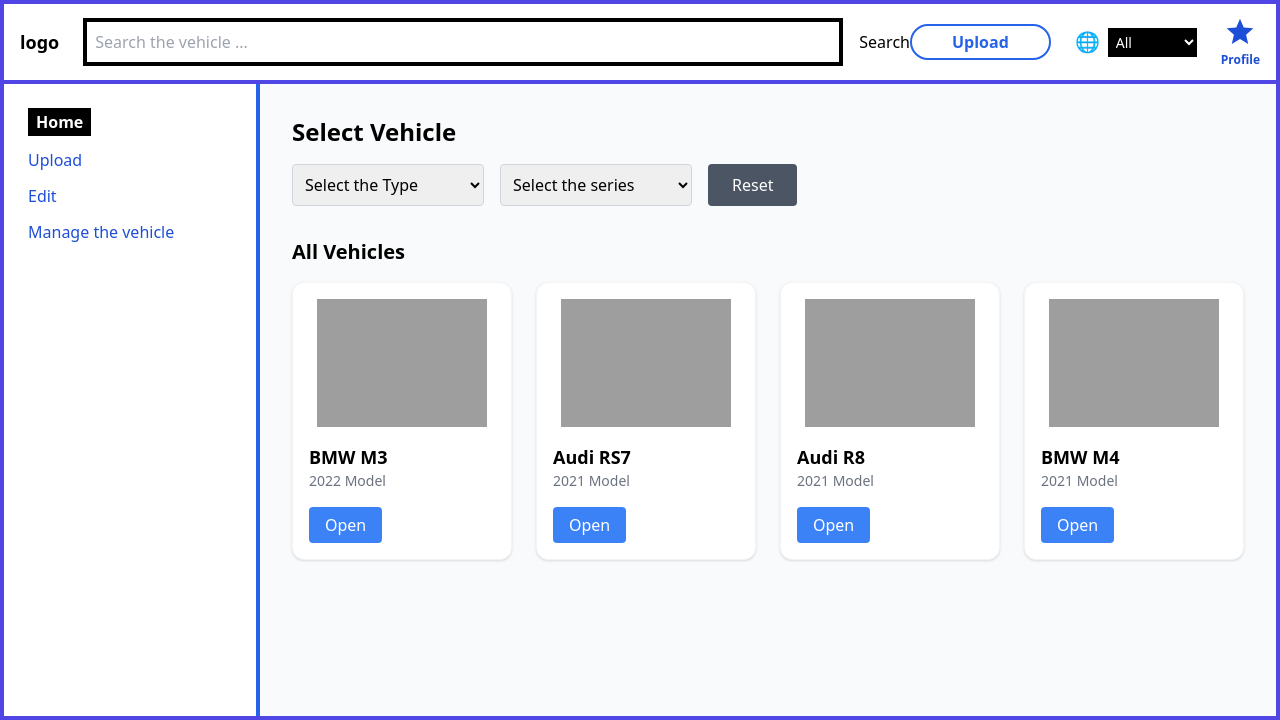
Repository: dineshkumarstecdra-pixel/3d-manual
Page: adminhome.html
An editor plug-in stored every save of this project. The page is shown before and after the next save, followed by the edit.
The browser window is 1280 px wide. The pictures show the part of the page from y = 0 to 952 px (the page is 720 px tall before and 3253 px after).
Pictures or frames that could not be fetched are drawn as grey boxes. A picture or video elsewhere on the page could not be fetched, so the positions and the page height are approximate. Some web libraries are served in a nearby version.

Above is the page before, as saved 2026-04-10 15:27:44.

After the next save:
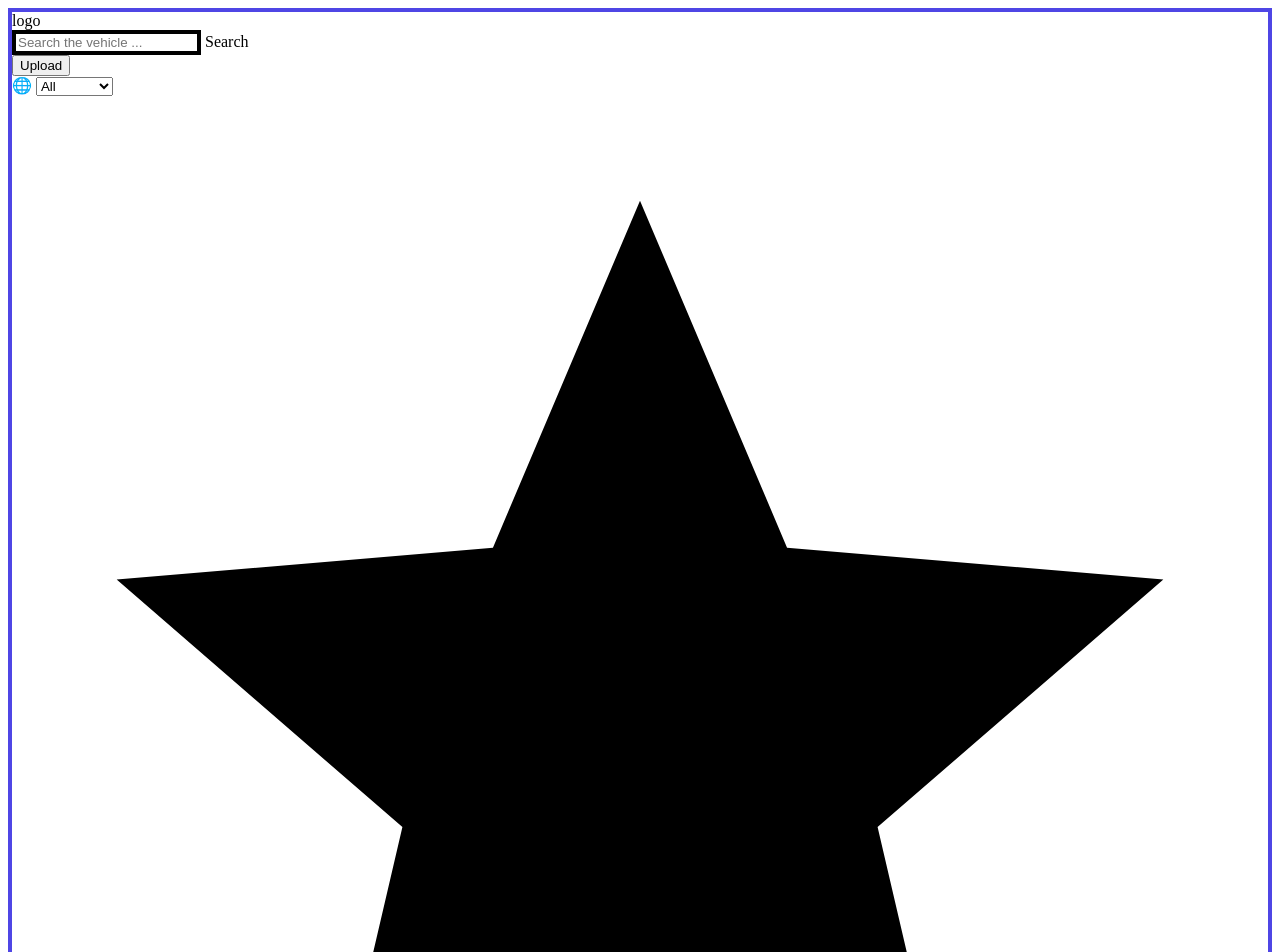
Saved 40 s later.
--- a/adminhome.html
+++ b/adminhome.html
@@ -4,7 +4,7 @@
     <meta charset="UTF-8">
     <meta name="viewport" content="width=device-width, initial-scale=1.0">
     <title>Admin - Home</title>
-    <script src="https://cdn.tailwindcss.com"></script>
+   <link rel="stylesheet" href="admin.css">
     <style>
         .layout-border { border: 4px solid #4f46e5; } /* Matches the blue structural borders */
         .thick-border { border: 4px solid #000; }    /* Matches the thick black borders */
